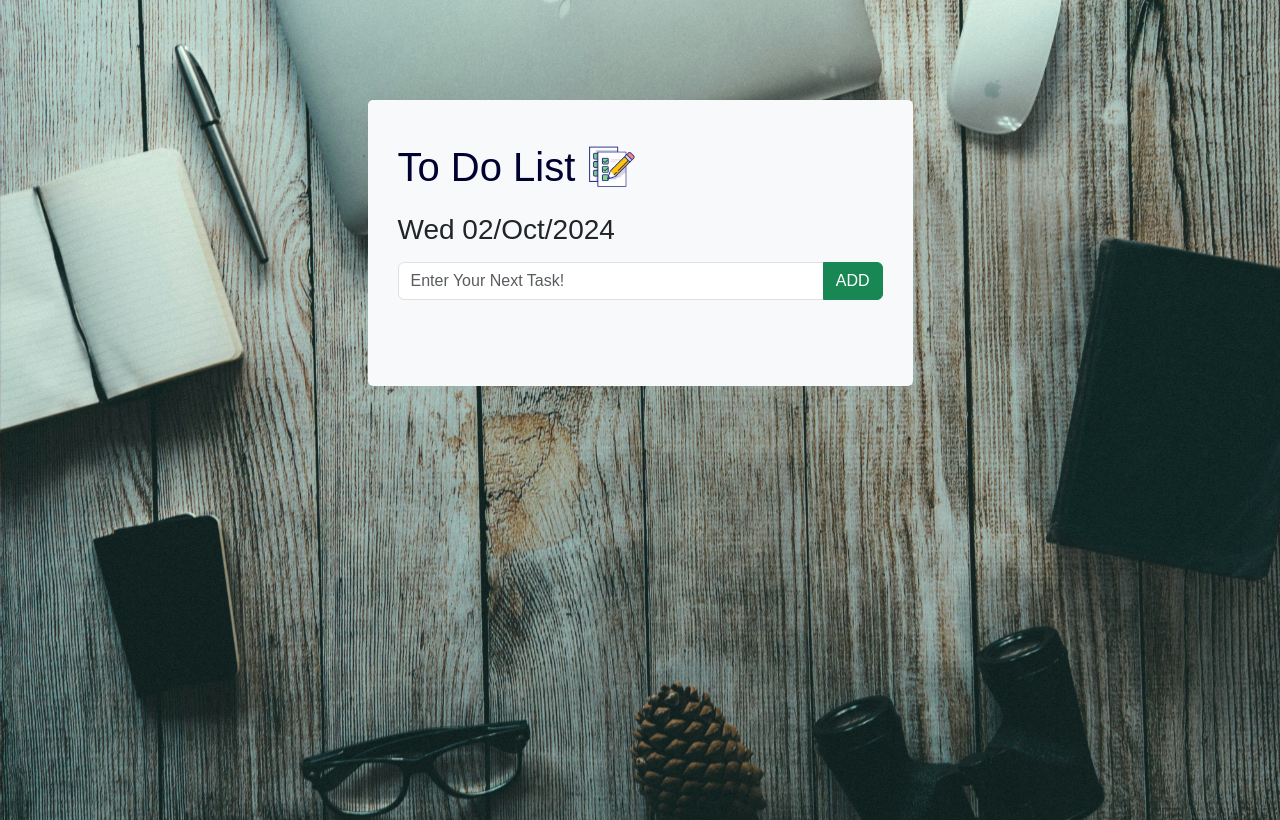
Repository: zeinawady/To_Do_List
Page: index.html
An editor plug-in stored every save of this project. The page is shown before and after a run of saves, followed by the edit.
The browser window is 1280 px wide. The pictures show the whole page.
Some web libraries are served in a nearby version.

Above is the page before, as saved 2024-10-02 02:47:17.

### index.html
<!DOCTYPE html>
<html lang="en">

<head>
    <meta charset="UTF-8">
    <meta name="viewport" content="width=device-width, initial-scale=1.0">
    <title>To Do list</title>
    <link href="https://cdn.jsdelivr.net/npm/bootstrap@5.3.3/dist/css/bootstrap.min.css" rel="stylesheet" integrity="sha384-QWTKZyjpPEjISv5WaRU9OFeRpok6YctnYmDr5pNlyT2bRjXh0JMhjY6hW+ALEwIH" crossorigin="anonymous">
    <link rel="stylesheet" href="https://cdnjs.cloudflare.com/ajax/libs/font-awesome/6.6.0/css/all.min.css" integrity="sha512-Kc323vGBEqzTmouAECnVceyQqyqdsSiqLQISBL29aUW4U/M7pSPA/gEUZQqv1cwx4OnYxTxve5UMg5GT6L4JJg==" crossorigin="anonymous" referrerpolicy="no-referrer" />
    <link rel="stylesheet" href="css/style.css">
</head>

<body>

    <div class="container">
        <div class="todo-app bg-body-tertiary">
            <h1>To Do List <img src="images/todolistpng.png" alt="to-do-list" class="logo"></h1>
           <h3 id="date"></h3>
            <div class="input-group mb-3">
                <input type="text"  class="form-control" id="input-box" placeholder="Enter Your Next Task!" aria-label="Enter Your Next Task!" aria-describedby="button">
                <button class="btn btn-success" onclick="addTask()">ADD</button>

            </div>
            <ul id="list-container">
                <!-- <li class="checked">Task 0</li>
                <li>Task 1</li> -->
            </ul>
        </div>


    </div>
    <script src="https://cdn.jsdelivr.net/npm/bootstrap@5.3.3/dist/js/bootstrap.bundle.min.js" integrity="sha384-YvpcrYf0tY3lHB60NNkmXc5s9fDVZLESaAA55NDzOxhy9GkcIdslK1eN7N6jIeHz" crossorigin="anonymous"></script>
    <script src="script.js"></script>
</body>

</html>

### css/style.css
* {
    margin: 0;
    padding: 0;
    box-sizing: border-box;
    font-family: Arial, Helvetica, sans-serif;
}

:root {
    --font-color: rgb(1, 1, 49);
}

li {
    list-style: none;
}
body{
    background-image: url(../images/background3.jpg);
    background-position: center;
    background-size: cover;
    background-repeat: no-repeat;
    height: 100vh;
}


.todo-app {
    max-width: 545px;
    /* background-color: rgb(247, 247, 247); */
    margin: 100px auto;
    padding: 40px 30px 70px;
    border-radius: 5px;
    transition: 0.5s;
}

.todo-app:hover {
    box-shadow: 4px 5px rgb(114, 114, 114);

}

.todo-app h1 {
    color: var(--font-color);
    display: flex;
    align-items: center;
    margin-bottom: 20px;

}
#date{
    margin-bottom: 15px;
}

.logo {
    width: 53px;
    margin-left: 10px;
}

.form {
    background-color: #efe2e2;
    border-radius: 10px;
}


ul li {
    position: relative;
    font-size: 17px;
    padding: 12px 2px 12px 40px;
    user-select: none;
    cursor: pointer;
}

ul li::before {
    content: '';
    position: absolute;
    height: 28px;
    width: 28px;
    border-radius: 50%;
    background-image: url(../images/unchecked.png);
    background-size: cover;
    background-position: center;
    left: 1px;
    top: 8px;
}

ul li.checked {
    color: #555;
    text-decoration: line-through;

}

ul li.checked::before {
    color: #666;
    background-image: url(../images/checked.png);
}

ul li span {
    position: absolute;
    right: 0;
    top: 10px;
    font-size: 20px;
    color: #555;
}

ul li button{
    position: absolute;
    right: 35px;
    top: 2px;

}

### script.js
let listContainer = document.getElementById("list-container");
let inputBox = document.getElementById("input-box");
let currentDate = document.getElementById("date");
function addTask() {
    if (inputBox.value === '') {
        alert("No Task Added!");
    }
    else {
        let li = document.createElement("li");
        li.innerHTML = inputBox.value;
        listContainer.appendChild(li);
        let xSign = document.createElement("span");
        // xSign.innerHTML = '\u00d7';  // x sign code
        xSign.classList.add('fa-solid','fa-trash')
        li.appendChild(xSign);

        let editBtn = document.createElement("button");
        editBtn.classList.add('btn', 'btn-outline-success', 'fas', 'fa-edit');
        li.appendChild(editBtn);
    }
    inputBox.value = "";  //so that input text become empty again
    saveTask();

}

inputBox.addEventListener("keydown", function (e) {
    if (e.key === "Enter") {
        e.preventDefault();
        addTask();
    }
});

listContainer.addEventListener("click", function (e) {
    //e is the event object contains info about event & target element that was clicked.
    if (e.target.tagName === "LI") {
        e.target.classList.toggle("checked");
        saveTask();
    }
    else if (e.target.tagName === "SPAN") {
        e.target.parentElement.remove();
        saveTask();

    }
    else if (e.target.tagName === "BUTTON") {
        let li = e.target.parentElement;
        let currentTask = li.firstChild.textContent;
        let newTask = prompt("Edit Your Task: ", currentTask);
        if (newTask !== null && newTask.trim() !== "") {
            li.firstChild.textContent = newTask;
            saveTask();
        }
    }
})

function saveTask() {
    localStorage.setItem("Task", listContainer.innerHTML);
}
function showTask() {
    listContainer.innerHTML = localStorage.getItem("Task");
}
showTask();

function displayDate() {
    let date = new Date();
    date = date.toString().split(" ");
    currentDate.innerHTML = date[0] + " " + date[2] + '/' + date[1] + '/' + date[3];
    console.log();
}
window.onload = displayDate();

After the next 4 saves:
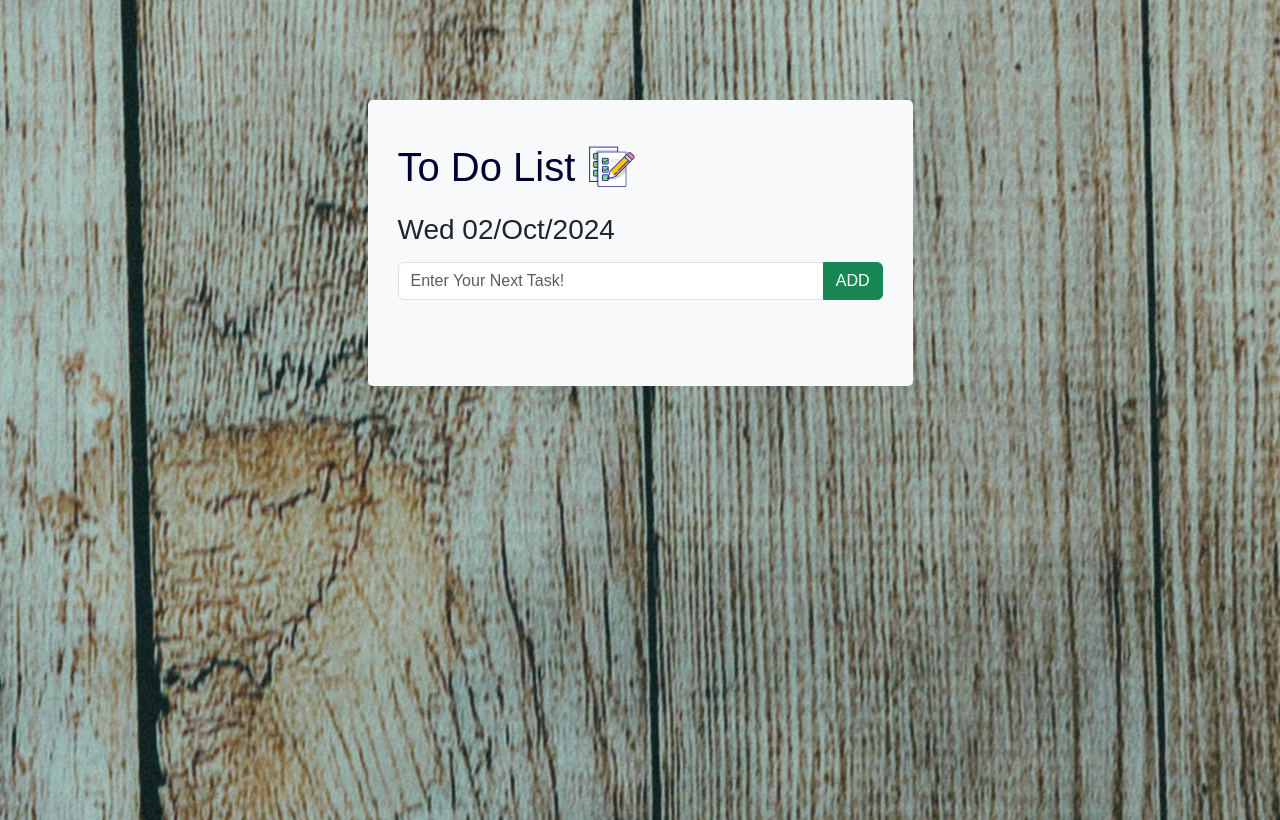
The 4 saves are shown as one change because they came seconds apart.
The last was saved 24 s later.
--- a/css/style.css
+++ b/css/style.css
@@ -15,11 +15,10 @@
 body{
     background-image: url(../images/background3.jpg);
     background-position: center;
-    background-size: cover;
+    /* background-size: cover; */
     background-repeat: no-repeat;
     height: 100vh;
 }
-
 
 .todo-app {
     max-width: 545px;

After the save that followed:
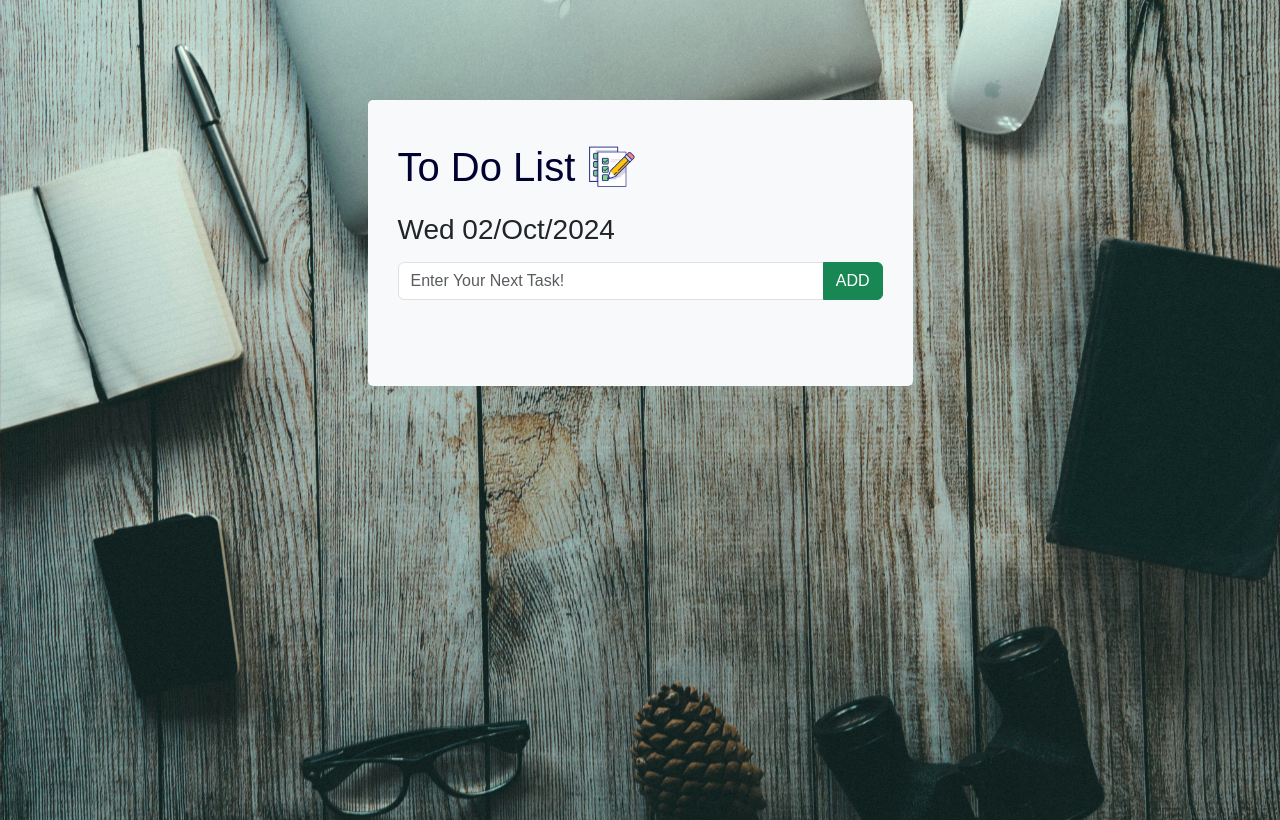
Saved 4 s later.
--- a/css/style.css
+++ b/css/style.css
@@ -15,7 +15,7 @@
 body{
     background-image: url(../images/background3.jpg);
     background-position: center;
-    /* background-size: cover; */
+    background-size: cover;
     background-repeat: no-repeat;
     height: 100vh;
 }
